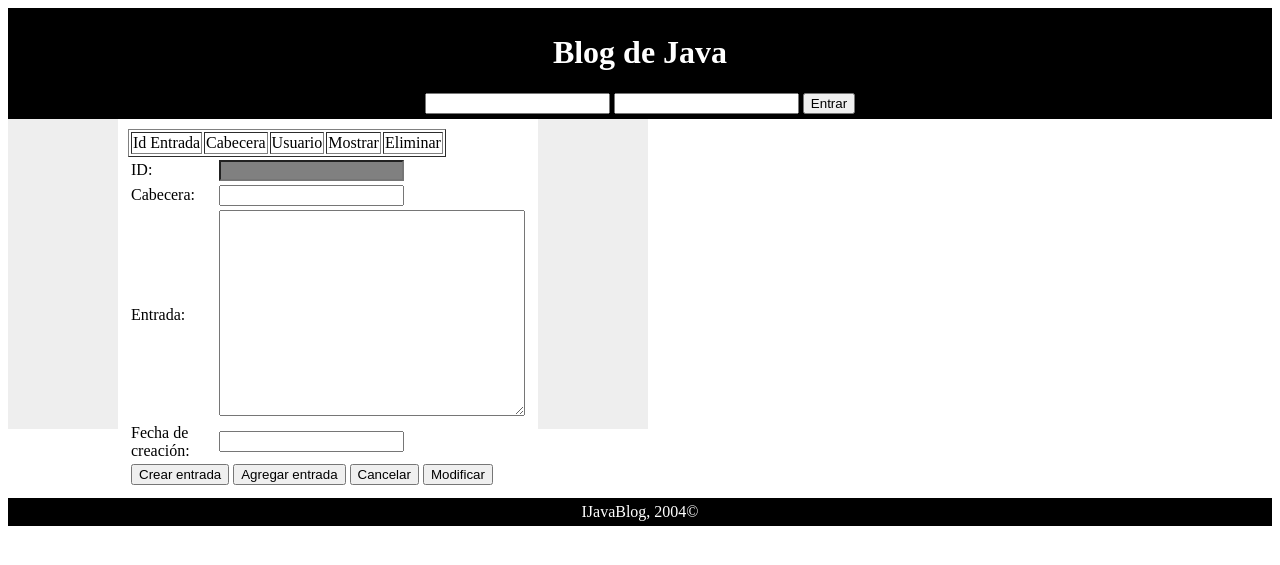
Repository: alruis/IJavaDreamBlog
Page: http://localhost/IJavaBlog/jsp/blog/inicio.jsp
These files come from the project's save history. The page is drawn as it stood at one moment and after the next save; the edit follows.
The browser window is 1280 px wide. The pictures show the whole page.
The page is served by Tomcat 9. Nobody is signed in. The application's start-up code is not run. Other server files are loaded and not shown. The template is opened directly, without the code that normally fills it, so the values that code supplies are empty.

Above is the page before, as saved 2014-09-25 08:00:39.
Console error: ReferenceError: init is not defined

### IJavaBlog/WebContent/jsp/blog/inicio.jsp
<%@ page language="java" contentType="text/html; charset=UTF-8"
    pageEncoding="UTF-8"%>
     <%@page import="model.Entrada"%>
 <%@page import="java.util.List"%>
<%@ taglib prefix="c" uri="http://java.sun.com/jsp/jstl/core" %>
<%@ taglib prefix="form" uri="http://www.springframework.org/tags/form" %>
<!DOCTYPE html>
<html>
<head>
	<meta charset="UTF-8">
	<title>IJavaBlog</title>
	<!-- <link href="css/comun.css" rel="stylesheet" type="text/css" />  -->
	<!-- <link href="css/bootstrap.css" rel="stylesheet" type="text/css" />   -->


	<style type="text/css">



	td.entradas{
	text-align: left;
	}


	div.cabecera{
	 background-color:black;
    color:white;
    text-align:center;
    padding:5px;
	}

	div.cuerpo{

	}

	div.enlaces{
 	line-height:30px;
    background-color:#eeeeee;
    height:300px;
    width:100px;
    float:left;
    padding:5px;

	}
	div.entradas{
	width:400px;
    float:left;
    padding:10px;

	}

	div.navegacion{
	 line-height:30px;
    background-color:#eeeeee;
    height:300px;
    width:100px;
    float:left;
    padding:5px;
	}




	div.pie{
	 background-color:black;
    color:white;
    clear:both;
    text-align:center;
   padding:5px;

	}






	</style>

	<script>

	const AGREGAR = 0;
		const MODIFICAR = 1;




		var confirmar = function() {
			var confirmado = confirm("Seguro que deseas eliminar la entrada?");
			return confirmado; // true o false
		};

		var guardar = function(op) {
			var form = document.forms.entradaForm;

			if (op == AGREGAR)
				form.action = "agregarEntrada.blog";
			else if (op == MODIFICAR)
				form.action = "modificarEntrada.blog";

			form.submit();
		};



	</script>


</head>
<body  onload="init()">


	<div id="cabecera" class="cabecera"><%@ include file="cabecera.jsp" %></div>

		<div id="errores">
		<c:forEach var="e" items="${errores}">
			${e}<br/>
		</c:forEach>

</div>
	<div id="body" class="cuerpo" >

	<div id="navegacion" class="navegacion"></div>

	<div id="entradas" class="entradas" >
		<table id="tablaEntradas" border="1">


		<tbody id="tbodyEntradas" >
		<thead>
		<tr><td>Id Entrada</td>
		<td>Cabecera</td>
		<td>Usuario</td>
	<td>Mostrar</td>
		<td>Eliminar</td></tr>

		</thead>
		<%
			// Obteniendo personas que son enviadas desde el Controlador
			List<Entrada> entradas = (List<Entrada>)
			request.getAttribute("entradas");

			if (entradas != null) {
				int num = 1;
				for (Entrada ent : entradas) {
		%>

					<tr>

						<td><%= ent.getIdEntrada() %></td>
						<td><%= ent.getCabeceraEntrada() %></td>
						<td>Creada por el usuario: <%= ent.getIdusuario() %></td>
						<td><a href="mostrar.blog?idEntrada=<%= ent.getIdEntrada() %>"> Mostrar	</a>
						</td>
						<td><a
								href="eliminar.blog?idEntrada=<%= ent.getIdEntrada() %>"
								onclick="return confirmar()" >Eliminar
							</a>
						</td>
					</tr>

		<%
				}
			}
		%>
		</tbody>
	</table>


	<!--   <h1>Crear entrada</h1> -->
	<form:form action="agregarEntrada.blog" commandName="entradaForm" method="post">
		<table>
		<tr>
				<td>ID:</td>
				<td><form:input path="idEntrada" readonly="true" cssStyle="background-color: gray;color:white;"/> </td>
			</tr>
			<tr>
				<td>Cabecera:</td>
				<td><form:input path="cabeceraEntrada"/> </td>
			</tr>
			<tr>
				<td>Entrada:</td>
				<td><form:textarea cssStyle="width:300px;height:200px" path="entrada" /> </td>
			</tr>

			<tr>
				<td>Fecha de creación:</td>
				<td><form:input path="fechaCreacion"/> </td>
			</tr>
			<tr>
				<td colspan="2">
					<input type="submit" value="Crear entrada"/>
					<input type="button" value="Agregar entrada" onclick="guardar(AGREGAR)"/>
				<input type="button" value="Cancelar" onclick="window.location.href='inicio.blog'"/>
				<input type="button" value="Modificar" onclick="guardar(MODIFICAR)"/>
				</td>
			</tr>
		</table>
	</form:form>
	</div> <!--  Cierre de div de entradas -->

	<div id="enlaces" class="enlaces"></div>
	</div> <!--  Cierre de div de body -->

	<div class="pie">
	<%@ include file="pie.jsp" %>
	</div>

</body>
</html>

### IJavaBlog/WebContent/jsp/blog/cabecera.jsp
<%@ page language="java" contentType="text/html; charset=UTF-8"
    pageEncoding="UTF-8"%>
<%@ taglib prefix="c" uri="http://java.sun.com/jsp/jstl/core" %>

<!--  <link href="css/cabecera.css" rel="stylesheet" type="text/css" /> -->
<div id="cabecera">
	<form action="autenticar.blog" method="post">
	<div onclick="javascript:location.href='index.blog'"><h1>Blog de Java</h1></div>
	<div>
		<c:choose>
			<c:when test="${empty sessionScope.usuario}">
				<input type="text" name="correo" />
				<input type="text" name="clave" />
				<input type="submit" value="Entrar" />
			</c:when>
			<c:otherwise>
			<span style="text-align: right;">
				Bienvenido, ${sessionScope.usuario.correo }
				<a href="cerrarSesion.blog">Cerrar sesión</a>
			</span>
			</c:otherwise>
		</c:choose>
	</div>
	</form>
</div>

### IJavaBlog/WebContent/jsp/blog/pie.jsp
<%@ page language="java" contentType="text/html; charset=UTF-8"
    pageEncoding="UTF-8"%>
<div id="pie">
	IJavaBlog, 2004&copy;
</div>

After the next save:
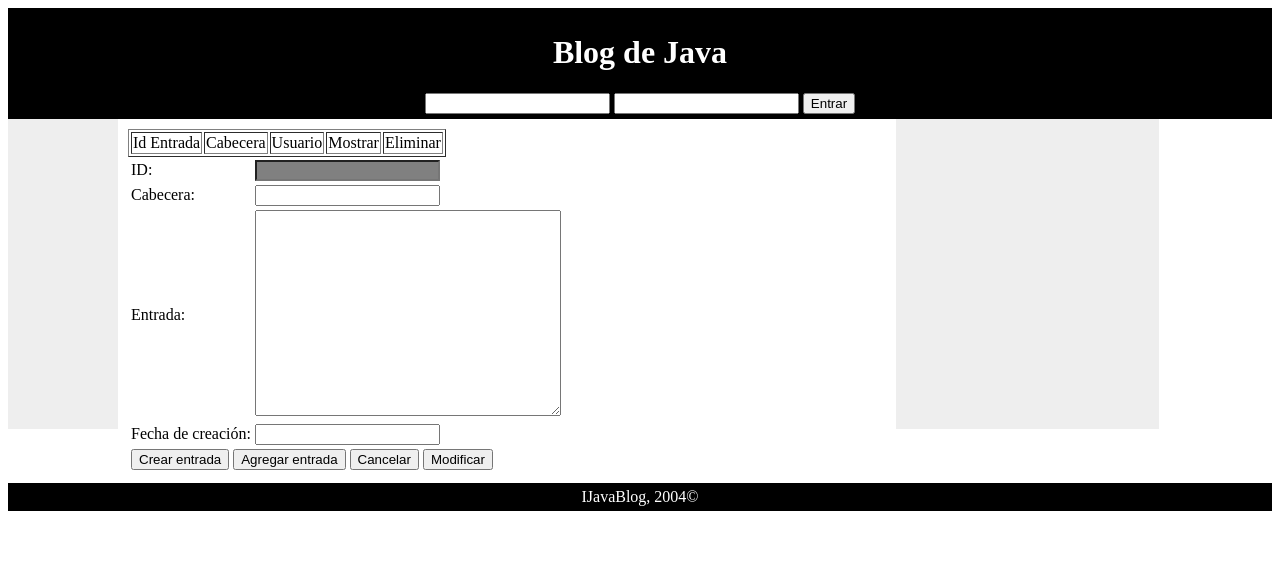
Saved 97 s later.
--- a/IJavaBlog/WebContent/jsp/blog/inicio.jsp
+++ b/IJavaBlog/WebContent/jsp/blog/inicio.jsp
@@ -37,20 +37,20 @@
  	line-height:30px;
     background-color:#eeeeee;
     height:300px;
-    width:100px;
+    width:20%;
     float:left;
     padding:5px;
 
 	}
 	div.entradas{
-	width:400px;
+	width:60%;
     float:left;
     padding:10px;
 
 	}
 
 	div.navegacion{
-	 line-height:30px;
+	 line-height:20%;
     background-color:#eeeeee;
     height:300px;
     width:100px;
